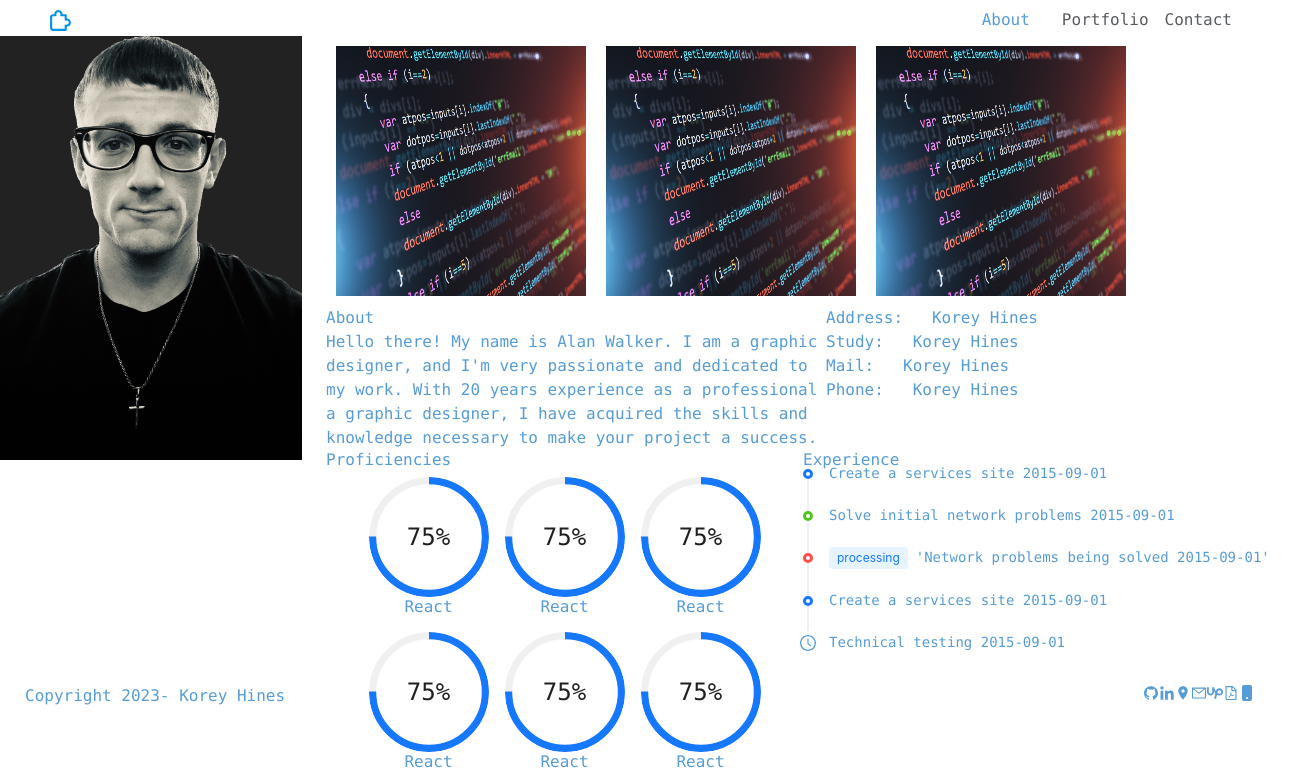
Repository: devkthines/next-portfolio-v2
Page: /about
These files come from the project's save history. The page is drawn as it stood at one moment and after a run of saves; the edit follows.
The browser window is 1280 px wide. The page is 1292 px wide, so the pictures cover 1292 px, including what lies to the right of the window. The pictures show the whole page.
The project was rebuilt for these pictures with package versions that can differ from the ones it lists, and the page was loaded fresh each time. The framework's server and built-in components were replaced by stand-ins that run in the browser. Also part of the build but not shown: next.config.js.

Above is the page before, as saved 2023-09-25 22:32:58.

### src/app/layout.tsx
import 'bootstrap/dist/css/bootstrap.css';
import './globals.css'
import '../../css/style.css'
import '../../css/mobile.css'
import type { Metadata } from 'next'
import { Inter } from 'next/font/google'
import TopNav from './components/topNav'
import Footer from './components/footer'
import BottomNav from './components/bottomNav'
// Put any other imports below so that CSS from your
// components takes precedence over default styles.
const inter = Inter({ subsets: ['latin'] })

export const metadata: Metadata = {
  title: "&lt;Korey ❤️ Coding/&gt;",
  description: 'Generated by create next app',
  icons: '/puzzle-piece.svg'
}

export default function RootLayout({
  children,
}: {
  children: React.ReactNode
}) {
  return (
    <html lang="en">
      <head>
        <link rel="shortcut icon" href="/puzzle-piece.svg" type="image/x-icon" />
      </head>
      <body className={inter.className}>
        <TopNav />
        {children}
        <Footer />
        <BottomNav />
      </body>
    </html>
  )
}

### src/app/about/page.js
'use client'
import Container from 'react-bootstrap/Container';
import Row from 'react-bootstrap/Row';
import Col from 'react-bootstrap/Col';
import Button from 'react-bootstrap/Button';
import Card from 'react-bootstrap/Card';
import { Progress, Space } from 'antd';
import { ClockCircleOutlined } from '@ant-design/icons';
import { Timeline } from 'antd';
import Image from 'next/image';
import { Descriptions } from 'antd';
import { Divider, Tag } from 'antd'
import { CaretRightOutlined } from '@ant-design/icons'
const items = [
  {
    key: '1',
    label: 'Name',
    children: 'Zhou Maomao',
  },
  {
    key: '2',
    label: 'Telephone',
    children: '209-366-9363',
  },
  {
    key: '3',
    label: 'Study',
    children: 'Software Engineering',
  },
  {
    key: '4',
    label: 'email',
    children: 'dev.kthines@gmail.com',
  },
  {
    key: '5',
    label: 'Address',
    children: 'Lodi, CA',
  },
];




export default function About() {

  return (
    <div id='about'>

      <Row>

        <Col xs={3} id=''>
          <img variant="top" id='aboutImg' src='/images/IMG-update.jpg' /> </Col>
        <Col xs={9}>
          <div>
            <div id='aboutImgs' className='d-flex'>
              <img className='aboutImgs' src="/images/webstorm-vs-vscode.jpeg" alt="" />
              <img className='aboutImgs' src="/images/webstorm-vs-vscode.jpeg" alt="" />
              <img className='aboutImgs' src="/images/webstorm-vs-vscode.jpeg" alt="" />
            </div>
            <div className='d-flex'>
              <div id='abouttext'>
                <span className='spanabout'>About</span>
                <p>Hello there! My name is Alan Walker. I am
                  a graphic designer, and I'm very passionate and dedicated to my work.
                  With 20 years experience as a professional a graphic designer,
                  I have acquired the skills and knowledge necessary to make your project a success.</p>
              </div>
                <ul>
                <li>Address: &nbsp;  Korey Hines</li>
                <li>Study: &nbsp;  Korey Hines</li>
                <li>Mail: &nbsp;  Korey Hines</li>
                <li>Phone: &nbsp;  Korey Hines</li>
                </ul>
            </div>
            <div id='' className='d-flex'>
              <div id='progress'>
                <h1>Proficiencies</h1>
                <div className='d-flex justify-content-center'>
                  <div className='text-center m-2'><Progress strokeLinecap="butt" type="circle" percent={75} /><h6>React</h6></div>
                  <div className='text-center m-2'><Progress strokeLinecap="butt" type="circle" percent={75} /><h6>React</h6></div>
                  <div className='text-center m-2'><Progress strokeLinecap="butt" type="circle" percent={75} /><h6>React</h6></div>
                </div>
                <div className='d-flex justify-content-center'>
                  <div className='text-center m-2'><Progress strokeLinecap="butt" type="circle" percent={75} /><h6>React</h6></div>
                  <div className='text-center m-2'><Progress strokeLinecap="butt" type="circle" percent={75} /><h6>React</h6></div>
                  <div className='text-center m-2'><Progress strokeLinecap="butt" type="circle" percent={75} /><h6>React</h6></div>
                </div>
              </div>
              <div id='timeline'>
                <h1>Experience</h1>
                <Timeline
                  // mode="alternate"
                  items={[
                    {
                      children: 'Create a services site 2015-09-01',
                    },
                    {
                      children: 'Solve initial network problems 2015-09-01',
                      color: 'green',
                    },
                    {
                      color: 'red',
                      children: <><Tag bordered={false} color="processing">
                        processing
                      </Tag>'Network problems being solved 2015-09-01'</>,
                    },
                    {
                      children: 'Create a services site 2015-09-01',
                    },
                    {
                      dot: <ClockCircleOutlined style={{ fontSize: '16px' }} />,
                      children: 'Technical testing 2015-09-01',
                    },
                  ]}
                />
              </div>
              <div>
                </div>
                </div>
           </div>
              </Col>


            </Row>

          </div>
          )
}

### css/style.css
* {
    box-sizing: border-box;
    margin: 0;
    padding: 0;
    font-family: Consolas, "Courier New", monospace;
    /* background-color: #222222; */
    color: #569cd6;

}

body {
    background-color: white;
}

.infoSection {
    /* width: 80vw; */
    height: 90vh;
    /* display: flex; */
    /* justify-content: center; */
    /* margin-bottom: 20vh; */
    background-color: #222222;
    border-bottom: 3px solid #569cd6;
}

#infoCol {
    display: flex;
    justify-content: center;
}

.aboutSection {
    /* width: 80vw; */
    padding-top: 100px;
    /* height: 70vh; */
    background: linear-gradient(#222222, rgb(24, 24, 24));
}

#portrait {
    width: 40vw;
    height: 80vh;
    /* border-radius: 0 0 2rem 2rem; */
}

#portraitCol {
    display: flex;
    justify-content: center;
}

#portrait:hover {
    transform: rotateX(180deg);
}

.imgTest {
    margin: 10px;
}

.imgTest:active {
    flex-grow: 10000;
    transform: scale(1);

    max-width: 600px;
    margin: 0px;
    border-radius: 40px;

    background-size: auto 100%;
}

.tab-content {
    height: 100% !important;
    margin-left: 25% !important;
}

/* .color-change{
    background-color: greenyellow;
} */
.noShow {
    display: none;
}

.buttonShow {
    display: block;
}

#tile1 {
    width: 700px;
    height: 500px;
}

#experience {
    padding-top: 50px;
    height: auto;
}

main {
    display: flex;
    flex-direction: column;
    justify-content: center;
    align-items: center;
}

.middle {
    transition: .5s ease;
    opacity: 0;
    position: absolute;
    top: 50%;
    left: 50%;
    transform: translate(-50%, -50%);
    -ms-transform: translate(-50%, -50%);
    text-align: center;
}

#imageTile1 {
    position: relative;
    width: 40vw;
    height: 70vh;
}

#tile1 {
    width: 100%;
    height: 100%;
}

#imageTile1:hover #tile1 {
    opacity: 0.3;
}

#imageTile1:hover .middle {
    opacity: 1;
}

.text {
    background-color: #04AA6D;
    color: white;
    font-size: 16px;
    padding: 16px 32px;
}

#no-expand {
    display: none;

}

#expandIt {
    display: block;
}

.no-Display {
    display: none;
}

.okToDisplay {
    display: block;
}

a.nav-link {
    color: #569cd6;
}


#topNav {
    background-color: white;
    display: none;
    /* position: fixed; */
    /* top: 0; */
    width: 100%;
    height: 5vh;
}

#footer {
    display: flex;
    justify-content: space-between;
    padding: 0 25px;
}

#bottomNav {
    display: flex;
    position: fixed;
    bottom: 0;
    width: 100%;
    background-color: white;
    font-size: 16px;
}
#about{
    /* margin-top: 10vh; */
    height: 90vh;
    /* overflow: hidden; */
}

#aboutImg{
    width: 100%;
    height: ;
    /* padding: 15px 15px 30px; */
}
#aboutcard{
    box-shadow: 0 4px 6px rgba(0, 0, 0, .3);
    /* height: fit-content; */
    /* width: 400px; */

}
.interests{
    width: 200px;
    height: 300px;
}
.interestImg{
    width: 200px;
    height: 200px;
}
#abtTop{
    height: 45vh;
}
#abtBtm{
    height: 45vh;
}
#abtLeft{
    /* width: 25vw; */
}
#abtRight{
    /* width: 75vw; */
}
.aboutImgs{
    width: 250px;
    height: 250px;
    margin: 10px;
}
#aboutImgs{

}
.spanabout ::after{
margin-left: 25px;
width: 5000px;
height: 1px;
background-color: #7d7789;
left: 100%;
top: 50%;
}
#abouttext{
width: 500px;
}
#progress{
width: 500px;

}
#timeline{
    width: 500px;
}

### css/mobile.css
@media screen and (min-width: 640px){

    /* background-color: green!important; */
    #portrait{
        width: 500px;
        height: 500px;
        /* border-radius: 0 0 2rem 2rem; */

    }

main{
    /* color: white!important; */
}
}
@media screen and (min-width: 768px){
#portraitCol{

    justify-content: start;
}
#infoCol{
    justify-content: end;
    /* text-align: end; */
}
}
@media screen and (min-width: 1024px){
    #portrait{
        width: 600px;
        height: 600px;
        /* border-radius: 0 0 2rem 2rem; */
    }
    #topNav{
        display:flex ;
    }
    #bottomNav{
        display: none;
    }
}
@media screen and (min-width: 1280px){

}
@media screen and (min-width: 1536px){

}

### src/app/components/topNav.js
'use client';
import Nav from 'react-bootstrap/Nav';
import Image from 'next/image';


export default function TopNav(){

    return(
        <header>
        {/* <Navbar id='topNav' className={`${color ? 'color-change' : ''}`} sticky='top' expand="lg" > */}

        <Nav id='topNav' variant="underline" defaultActiveKey="/home" className='d-flex justify-content-between'>
       <div className='ms-5'><Nav.Item>
          <Nav.Link href="/"><Image width={25} height={25} id='navbrand' src="/puzzle-piece.svg" alt="" /></Nav.Link>
        </Nav.Item></div>
        <div className='d-flex me-5'><Nav.Item className='px-3'>
          <Nav.Link href="/about">About</Nav.Link>
        </Nav.Item>
        <Nav.Item className='px-3'>
          <Nav.Link eventKey="disabled" disabled>
            Portfolio
          </Nav.Link>
        </Nav.Item>
        <Nav.Item>
          <Nav.Link eventKey="disabled" disabled>
            Contact
          </Nav.Link>
        </Nav.Item>
        </div>
      </Nav>
      </header>
    )
} ;

### src/app/components/footer.js
'use client'

import OverlayTrigger from 'react-bootstrap/OverlayTrigger';
import Card from 'react-bootstrap/Card';
import { AiFillGithub } from 'react-icons/ai';
import { GrLinkedinOption } from 'react-icons/gr';
import { MdVolunteerActivism } from 'react-icons/md';
import { IoLogoCss3 } from 'react-icons/io';
import { IoLogoJavascript } from 'react-icons/io';
import { CgGym } from 'react-icons/cg';
import { AiOutlineMail } from 'react-icons/ai';
import { AiOutlineFilePdf } from 'react-icons/ai';
import { BsFillPhoneFill } from 'react-icons/bs';
import { MdLocationOn } from 'react-icons/md';
import { SiUpwork } from 'react-icons/si';
// import PicOfMe from '/images/image_67220481.JPG'
import Container from 'react-bootstrap/Container';
import Row from 'react-bootstrap/Row';
import Col from 'react-bootstrap/Col';
import { useEffect } from 'react';
import Tooltip from 'react-bootstrap/Tooltip';
import $ from 'jquery'

 export default function Footer(){
    const btnName = {
        'gitHub': {
          'id': 1,
          "placement": "bottom",
          "info": "gitHub",
          "icon": <a href="https://github.com/devkthines" target='_blank'>
            <button className='quickLinks'><AiFillGithub /></button></a>
        },
        'linkedIn': {
          'id': 2,
          "placement": "bottom",
          "info": "linkedIn",
          "icon": <a href="https://www.linkedin.com/in/korey-hines-17b0a9263" target='_blank'><button className='quickLinks'><GrLinkedinOption />
          </button></a>
        },
        'gMaps': {
          'id': 3,
          "placement": "bottom",
          "info": "gMaps",
          "icon": <a href="https://goo.gl/maps/BovFkBEjUMQ6VBob9" target='_blank'>
            <button className='quickLinks'><MdLocationOn /></button></a>
        },
        'gMail': {
          'id': 4,
          "placement": "bottom",
          "info": "gMail",
          "icon": <a href="mailto:dev.kthines@gmail.com"><button className='quickLinks'><AiOutlineMail /></button></a>
        },
        'upWork': {
          'id': 5,
          "placement": "bottom",
          "info": "upWork",
          "icon": <a href="https://www.upwork.com/freelancers/~01ae4feb16c6fa7213?viewMode=1" target='_blank'>
            <button className='quickLinks'><SiUpwork /></button></a>
        },
        'redPDF': {
          'id': 6,
          "placement": "bottom",
          "info": "resume",
          "icon": <a className='aLink' target="_blank" href="/files/hinesResume.pdf">
            <button className='quickLinks'><AiOutlineFilePdf /></button></a>
        },
        'phone': {
          'id': 7,
          "placement": "bottom",
          "info": "phone",
          "icon": <a href="tel:2093669363" >  <button className='quickLinks'><BsFillPhoneFill /></button></a>
        }
      }
    return(
        <>
        <footer id='footer'><p>Copyright 2023- Korey Hines</p>
       <div> {Object.entries(btnName).map(([k, v]) => (
                <div className='d-inline-block' key={v.id}>
                  <OverlayTrigger
                    trigger="hover"
                    key={v.id}
                    placement={v.placement}
                    overlay={

                      <Tooltip id={`tooltip-${v.placement}`}>
                        {v.info}
                      </Tooltip>
                    }
                  >
                    {v.icon}
                  </OverlayTrigger>
                </div>))}
</div>
        </footer>
        </>
    )
 }

### src/app/components/bottomNav.js
'use client'
import Nav from 'react-bootstrap/Nav';
import Image from 'next/image';
export default function BottomNav(){

    return(
        <>
        <Nav id='bottomNav' className="justify-content-center" activeKey="/home">
        <Nav.Item>
          <Nav.Link href="/"><Image width={25} height={25} id='navbrand' src="/puzzle-piece.svg" alt="" /></Nav.Link>
        </Nav.Item>
        <Nav.Item>
          <Nav.Link eventKey="link-1">About</Nav.Link>
        </Nav.Item>
        <Nav.Item>
          <Nav.Link eventKey="link-2">Portfolio</Nav.Link>
        </Nav.Item>
        <Nav.Item>
          <Nav.Link eventKey="disabled" disabled>
            Contact
          </Nav.Link>
        </Nav.Item>
      </Nav>
        </>
    )
}

Loaded but not shown: src/app/globals.css (common file); tailwind.config.ts (common file)

After the next 2 saves:
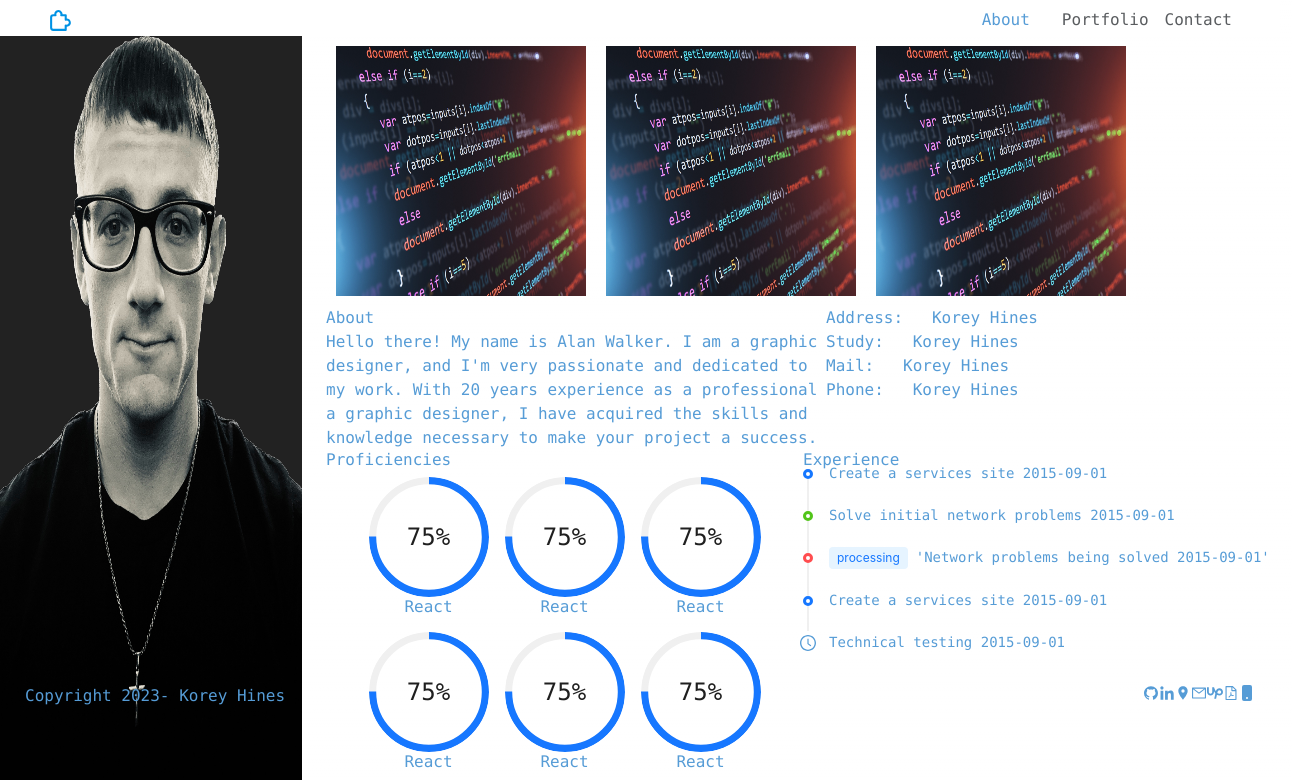
The 2 saves are shown as one change because they came seconds apart.
The last was saved 7 s later.
--- a/css/style.css
+++ b/css/style.css
@@ -187,7 +187,7 @@
 
 #aboutImg{
     width: 100%;
-    height: ;
+    height: 100%;
     /* padding: 15px 15px 30px; */
 }
 #aboutcard{

After the save that followed:
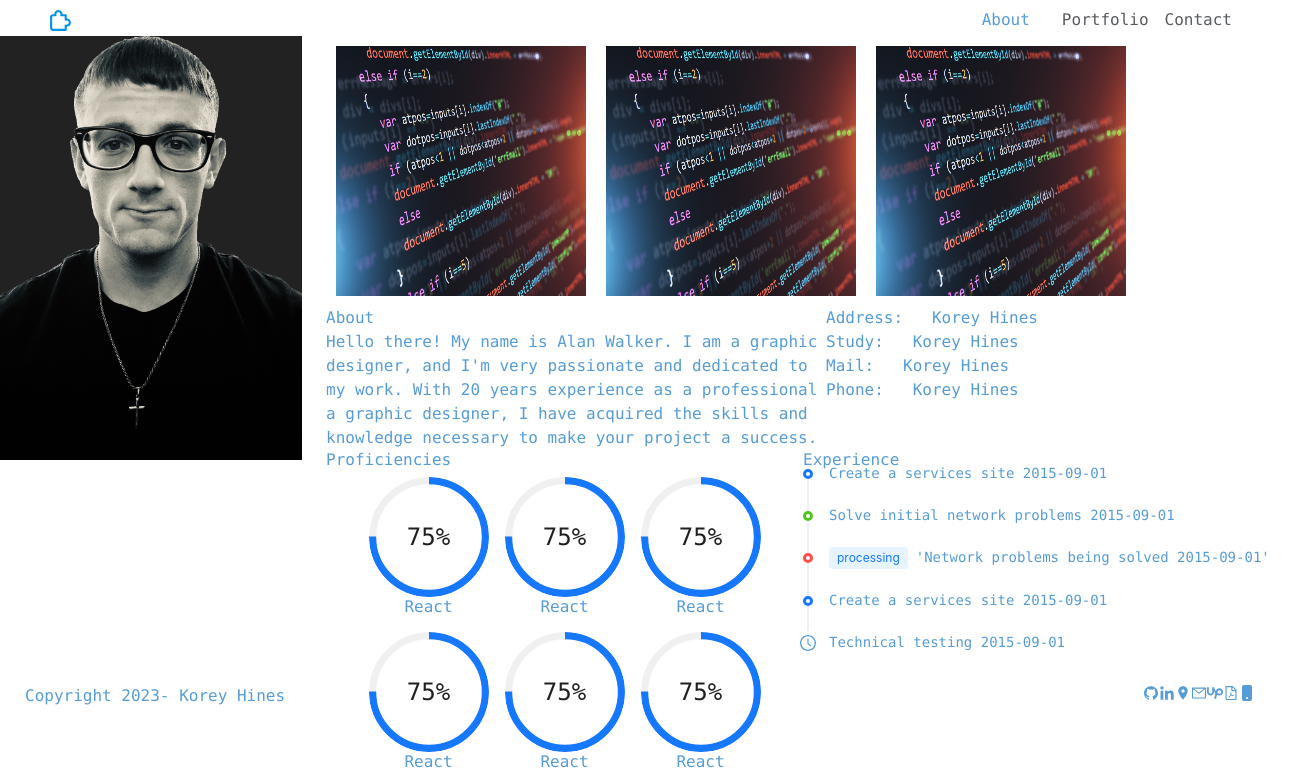
Saved 12 s later.
--- a/css/style.css
+++ b/css/style.css
@@ -187,7 +187,7 @@
 
 #aboutImg{
     width: 100%;
-    height: 100%;
+    height: auto;
     /* padding: 15px 15px 30px; */
 }
 #aboutcard{
